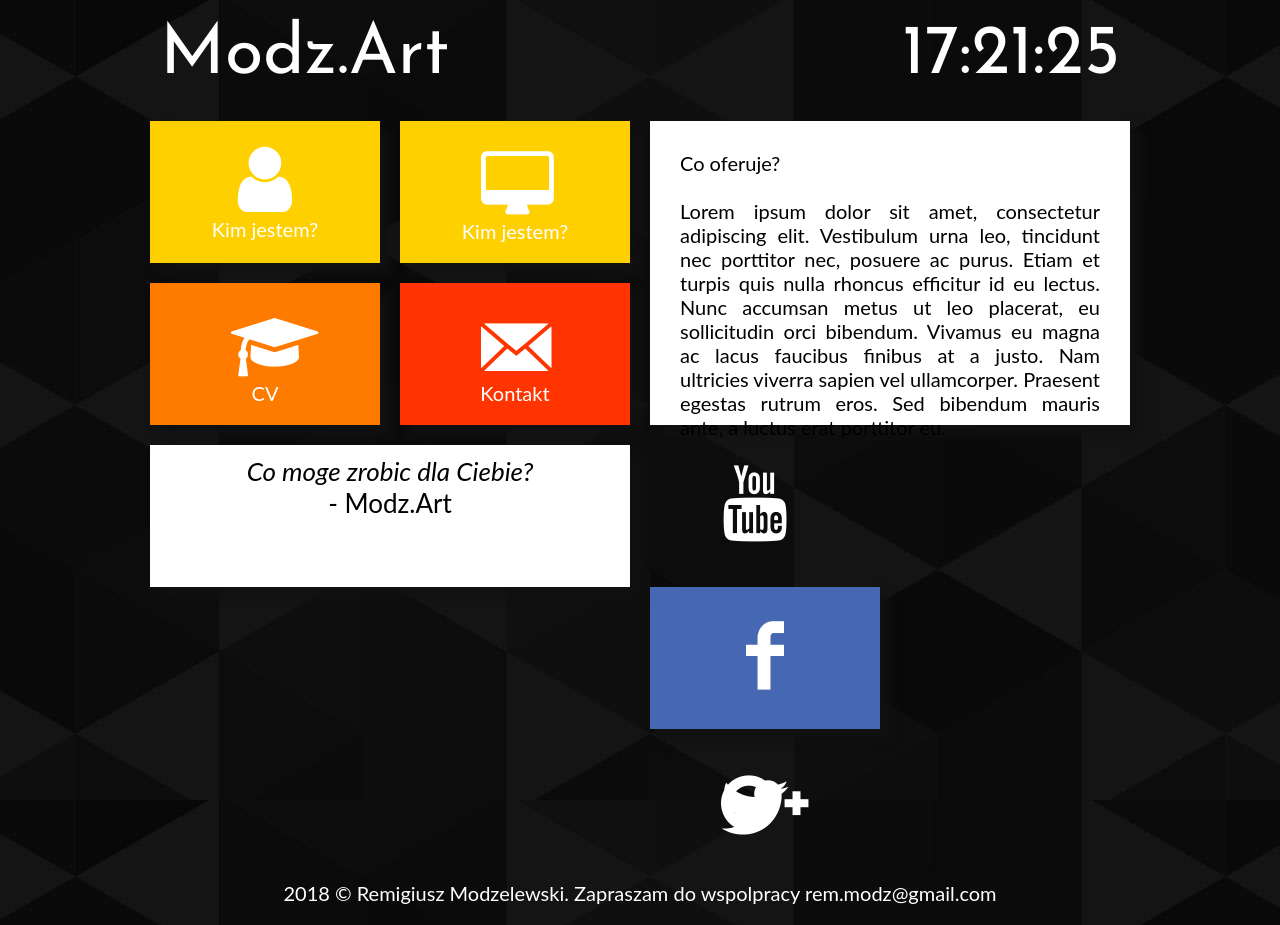
Repository: RemModz/Portfolio
Page: cooferuje.html
An editor plug-in stored every save of this project. The page is shown before and after the next save, followed by the edit.
The browser window is 1280 px wide. The pictures show the whole page.

Above is the page before, as saved 2018-11-14 14:29:44.

### cooferuje.html
<!DOCTYPE html>
<html lang="en">
<head>
    <meta charset="UTF-8">
    <meta name="viewport" content="width=device-width, initial-scale=1.0">
    <meta http-equiv="X-UA-Compatible" content="ie=edge">
    <title>ModzArt - Portfolio</title>
    <meta name='description' content="Portfolio z tworczoscia Remka Modzelewskiego"/>
    <meta name='keywords' content="webdesign, webgraphics, drawing and vector art"/>

    <link rel="stylesheet" href="style.css" type="text/css"/>
    <link rel="stylesheet" href="/fontello/css/fontello.css" type="text/css"/>
    <link href="https://fonts.googleapis.com/css?family=Josefin+Sans&amp;subset=latin-ext" rel="stylesheet">
    <script src="timer.js"></script>
</head>
<body onload="odliczanie();"></body>
    <div id="container">

        <div class="rectangle">
                <div id="logo">
                    <a href="index.html" class="tilelinkhtml5">Modz.Art</a></div>
            <div id="zegar"></div>
            <div style="clear:both;"></div>
        </div>

        <div class="square">
            <div class="tile1">
                <a href="kimjestem.html" class="tilelink"> <i class="icon-user"></i><br/>Kim jestem? </a>
            </div>
            <div class="tile1">
                <a href="cooferuje.html" class="tilelink"> <i class="icon-desktop"></i><br/>Kim jestem? </a>
                       </div>
            <div style="clear:both;"></div>

            <div class="tile2">
                    <a href="cv.html" class="tilelink"> <i class="icon-graduation-cap"></i><br />CV </a>
                </div>
            <div class="tile3">
                    <a href="kontakt.html" class="tilelink"> <i class="icon-email"></i><br />Kontakt </a>
            </div>
            <div style="clear:both;"></div>

            <div class="tile4"><i>Co moge zrobic dla Ciebie? </i><br /> - Modz.Art</div>
        </div>

        <div class="square">
            <div class="tile5">Co oferuje? <br /> <br />Lorem ipsum dolor sit amet, consectetur adipiscing elit. Vestibulum urna leo, tincidunt nec porttitor nec, posuere ac purus. Etiam et turpis quis nulla rhoncus efficitur id eu lectus. Nunc accumsan metus ut leo placerat, eu sollicitudin orci bibendum. Vivamus eu magna ac lacus faucibus finibus at a justo. Nam ultricies viverra sapien vel ullamcorper. Praesent egestas rutrum eros. Sed bibendum mauris ante, a luctus erat porttitor eu. </div>
            <div class="yt">
                    <a href="http://www.youtube.com" target="_blank" class="sociallink"><i class="icon-youtube"></i></a></div>
            <div class="fb">
                    <a href="http://www.facebook.com/R.ModzArt" target="_blank" class="sociallink"> <i class="icon-facebook"></i></a></div>
            <div class="gplus">
                    <a href="http://www.plus.google.com" target="_blank" class="sociallink"><i class="icon-gplus"></i></a></div>
            <div class="tw">
                    <a href="http://www.tweeter.com" target="_blank" class="sociallink"><i class="icon-twitter"></i></a></div>
            <div style="clear:both;"></div>



        </div>

        <div style="clear:both;"></div>

        <div class="rectangle"> 2018 &copy; </i> Remigiusz Modzelewski. Zapraszam do wspolpracy rem.modz@gmail.com </div>
    </div>
</body>
</html>

### style.css
body {
    background-color: #303030;
    color: #ffffff;
    font-family: 'Lato', sans-serif;
    font-size: 20px;
    background-image: url(background.jpg);
}

#container {
    width: 1000px;
    margin-left: auto;
    margin-right: auto;
}

.rectangle {
    width: 960PX;
    margin: 20pX;
    text-align: center;
}


.square {
    width: 50%;
    float: left;
    color: black;
    text-align: center
}

#logo {
    float: left;
    font-family: 'Josefin Sans', sans-serif;
    font-size: 70px;
    width: 600;
    text-align: left;
}



#zegar {
    float: right;
    font-family: 'Josefin Sans', sans-serif;
    font-size: 70px;
    text-align: center;
}
.tile1 {
    margin: 10px;
    width: 230px;
    height: 142px;
    background-color: #ffd000;
    float: left;
    text-align: center;
    box-shadow: #111111 10px 10px 10px;
}

.tile1:hover {
background-color: #eec200b6;
}

.tile2 {
    margin: 10px;
    width: 230px;
    height: 142px;
    background-color:  #ff7b00;
    float: left;
    text-align: center;
    box-shadow: #111111 10px 10px 10px;
}

.tile2:hover {
    background-color: #f17501a4;
    }

.tile3 {
    margin: 10px;
    width: 230px;
    height: 142px;
    background-color: #ff3401;
    float: left;
    text-align: center;
    box-shadow: #111111 10px 10px 10px;
}
.tile3:hover {
    background-color:  #e72e009c;
    }

.tile4 {
    margin: 10px;
    width: 460px;
    height: 122px;
    padding: 10px;
    background-color: #ffffff;
    text-align: center;
    font-size: 26px;
    font: black;
    text-align: center;
    float: left;
    box-shadow: #111111 10px 10px 10px;

}

.tile4:hover {
    background-color: #ffffff;
    }

.tile5 {
    margin: 10px;
    width: 420px;
    height: 244px;
    background-color: #ffffff;
    text-align: justify;
    padding: 30px;
    box-shadow: #111111 10px 10px 10px;
}


.fb {
    margin: 10px;
    width: 230px;
    height: 142px;
    background-color: #4668b3;
    float: left;
    box-shadow: #111111 10px 10px 10px;
    text-align: center;

}
.fb:hover {
    background-color: #3557a2a6;
    }

.cupsell {
    margin: 10px;
    width: 230px;
    height: 102px;
    padding-top: 40px;
    background-color: #ffffff;
    float: left;
    box-shadow: #111111 10px 10px 10px;
    text-align: center;

    }

.cupsell:hover {
    background-color: #eeeeee88;
        }

.tilelink {

    color: #ffffff;
    text-decoration: none;
    display: block;
    width: 230px;
    height: 142px;

}

.tilelinkhtml5 {

    color: #ffffff;
    text-decoration: none;
    display: block;

}

.sociallink {

    color: #ffffff;
    text-decoration: none;
    display: block;
    width: 230px;
    height: 142px;
    margin-top: 20;

}

### fontello/css/fontello.css
@font-face {
  font-family: 'fontello';
  src: url('../font/fontello.eot?17037671');
  src: url('../font/fontello.eot?17037671#iefix') format('embedded-opentype'),
       url('../font/fontello.woff2?17037671') format('woff2'),
       url('../font/fontello.woff?17037671') format('woff'),
       url('../font/fontello.ttf?17037671') format('truetype'),
       url('../font/fontello.svg?17037671#fontello') format('svg');
  font-weight: normal;
  font-style: normal;
}
/* Chrome hack: SVG is rendered more smooth in Windozze. 100% magic, uncomment if you need it. */
/* Note, that will break hinting! In other OS-es font will be not as sharp as it could be */
/*
@media screen and (-webkit-min-device-pixel-ratio:0) {
  @font-face {
    font-family: 'fontello';
    src: url('../font/fontello.svg?17037671#fontello') format('svg');
  }
}
*/

 [class^="icon-"]:before, [class*=" icon-"]:before {
  font-family: "fontello";
  font-style: normal;
  font-weight: normal;
  speak: none;

  display: inline-block;
  text-decoration: inherit;
  width: 1em;
  margin-right: .2em;
  text-align: center;
  /* opacity: .8; */

  /* For safety - reset parent styles, that can break glyph codes*/
  font-variant: normal;
  text-transform: none;

  /* fix buttons height, for twitter bootstrap */
  line-height: 1em;

  /* Animation center compensation - margins should be symmetric */
  /* remove if not needed */
  margin-left: .2em;

  /* you can be more comfortable with increased icons size */
  /* font-size: 120%; */

  /* Font smoothing. That was taken from TWBS */
  -webkit-font-smoothing: antialiased;
  -moz-osx-font-smoothing: grayscale;

  /* Uncomment for 3D effect */
  /* text-shadow: 1px 1px 1px rgba(127, 127, 127, 0.3); */
}

.icon-user:before { content: '\e800'; font-size: 76px; margin-top: 20px;} /* '' */
.icon-email:before { content: '\e801'; font-size: 68px; margin-top: 30px; } /* '' */
.icon-gmail:before { content: '\e802'; font-size: 68px; margin-top: 30px; } /* '' */
.icon-twitter:before { content: '\f099'; font-size: 76px; margin-top: 30px; } /* '' */
.icon-gplus:before { content: '\f0d5'; font-size: 68px; margin-top: 30px;} /* '' */
.icon-desktop:before { content: '\f108'; font-size: 68px; margin-top: 30px;} /* '' */
.icon-youtube:before { content: '\f167'; font-size: 76px; margin-top: 30px;} /* '' */
.icon-graduation-cap:before { content: '\f19d'; font-size: 68px; margin-top: 30px;} /* '' */
.icon-facebook:before { content: '\f30c'; font-size: 76px; margin-top: 30px;} /* '' */

### timer.js
function odliczanie()
	{
		var dzisiaj = new Date();


		var godzina = dzisiaj.getHours();
		if (godzina<10) godzina = "0"+godzina;

		var minuta = dzisiaj.getMinutes();
		if (minuta<10) minuta = "0"+minuta;

		var sekunda = dzisiaj.getSeconds();
		if (sekunda<10) sekunda = "0"+sekunda;

		document.getElementById("zegar").innerHTML = +godzina+":"+minuta+":"+sekunda;

		 setTimeout("odliczanie()",1000);
	}

### modzartlogo.svg
<?xml version="1.0" encoding="UTF-8" standalone="no"?>
<!-- Created with Inkscape (http://www.inkscape.org/) -->

<svg
   xmlns:dc="http://purl.org/dc/elements/1.1/"
   xmlns:cc="http://creativecommons.org/ns#"
   xmlns:rdf="http://www.w3.org/1999/02/22-rdf-syntax-ns#"
   xmlns:svg="http://www.w3.org/2000/svg"
   xmlns="http://www.w3.org/2000/svg"
   xmlns:xlink="http://www.w3.org/1999/xlink"
   xmlns:sodipodi="http://sodipodi.sourceforge.net/DTD/sodipodi-0.dtd"
   xmlns:inkscape="http://www.inkscape.org/namespaces/inkscape"
   width="120"
   height="120"
   viewBox="0 0 79.639582 79.639586"
   version="1.1"
   id="svg3759"
   inkscape:version="0.92.3 (2405546, 2018-03-11)"
   sodipodi:docname="modzartlogo.svg">
  <defs
     id="defs3753" />
  <sodipodi:namedview
     id="base"
     pagecolor="#ffffff"
     bordercolor="#666666"
     borderopacity="1.0"
     inkscape:pageopacity="0.0"
     inkscape:pageshadow="2"
     inkscape:zoom="0.35"
     inkscape:cx="400"
     inkscape:cy="560"
     inkscape:document-units="px"
     inkscape:current-layer="layer1"
     showgrid="false"
     units="px"
     inkscape:window-width="1853"
     inkscape:window-height="895"
     inkscape:window-x="67"
     inkscape:window-y="27"
     inkscape:window-maximized="1" />
  <metadata
     id="metadata3756">
    <rdf:RDF>
      <cc:Work
         rdf:about="">
        <dc:format>image/svg+xml</dc:format>
        <dc:type
           rdf:resource="http://purl.org/dc/dcmitype/StillImage" />
        <dc:title></dc:title>
      </cc:Work>
    </rdf:RDF>
  </metadata>
  <g
     inkscape:label="Layer 1"
     inkscape:groupmode="layer"
     id="layer1"
     transform="translate(0,-217.3604)">
    <image
       width="75.551514"
       height="75.551514"
       preserveAspectRatio="none"
       xlink:href="data:[embedded picture, 42194 characters]"
       id="image10"
       x="1.9873376"
       y="220.14146" />
  </g>
</svg>

After the next save:
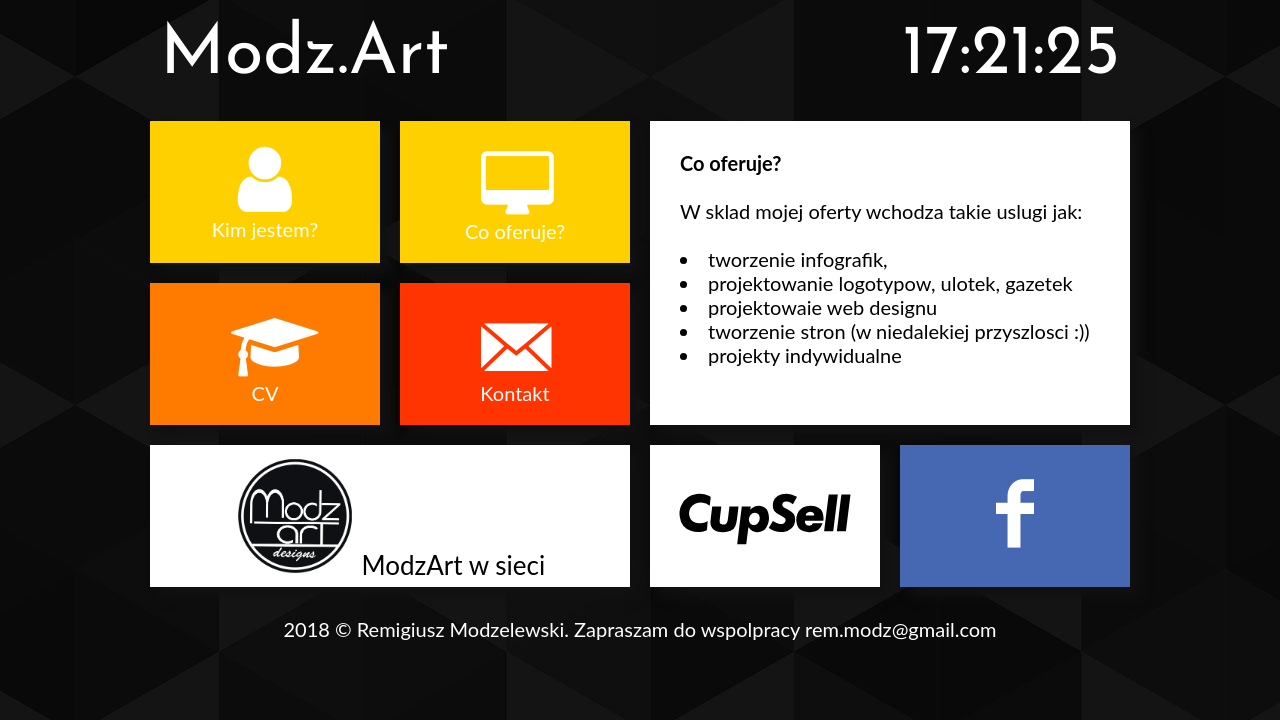
Saved 44 min 22 s later.
--- a/cooferuje.html
+++ b/cooferuje.html
@@ -18,6 +18,7 @@
 
         <div class="rectangle">
                 <div id="logo">
+
                     <a href="index.html" class="tilelinkhtml5">Modz.Art</a></div>
             <div id="zegar"></div>
             <div style="clear:both;"></div>
@@ -28,7 +29,7 @@
                 <a href="kimjestem.html" class="tilelink"> <i class="icon-user"></i><br/>Kim jestem? </a>
             </div>
             <div class="tile1">
-                <a href="cooferuje.html" class="tilelink"> <i class="icon-desktop"></i><br/>Kim jestem? </a>
+                <a href="cooferuje.html" class="tilelink"> <i class="icon-desktop"></i><br/>Co oferuje? </a>
                        </div>
             <div style="clear:both;"></div>
 
@@ -40,19 +41,24 @@
             </div>
             <div style="clear:both;"></div>
 
-            <div class="tile4"><i>Co moge zrobic dla Ciebie? </i><br /> - Modz.Art</div>
+            <div class="tile4"><img src="modzartlogo.svg" alt="ModzArt Logo"> ModzArt w sieci</div>
+            <div style="clear:both;"></div>
         </div>
 
         <div class="square">
-            <div class="tile5">Co oferuje? <br /> <br />Lorem ipsum dolor sit amet, consectetur adipiscing elit. Vestibulum urna leo, tincidunt nec porttitor nec, posuere ac purus. Etiam et turpis quis nulla rhoncus efficitur id eu lectus. Nunc accumsan metus ut leo placerat, eu sollicitudin orci bibendum. Vivamus eu magna ac lacus faucibus finibus at a justo. Nam ultricies viverra sapien vel ullamcorper. Praesent egestas rutrum eros. Sed bibendum mauris ante, a luctus erat porttitor eu. </div>
-            <div class="yt">
-                    <a href="http://www.youtube.com" target="_blank" class="sociallink"><i class="icon-youtube"></i></a></div>
-            <div class="fb">
+            <div class="tile5"> <b>Co oferuje?</b> <br /> <br /> W sklad mojej oferty wchodza takie uslugi jak: <br /><br />
+                <li> tworzenie infografik,
+                 <li> projektowanie logotypow, ulotek, gazetek
+                 <li> projektowaie web designu
+                 <li> tworzenie stron (w niedalekiej przyszlosci :))
+                <li> projekty indywidualne
+                </div>
+
+            <div class="cupsell">
+                    <a href="http://www.modzart.cupsell.pl" target="_blank" class="sociallink"><img src="cupsell.svg" alt="CupSell"></a></div>
+
+                    <div class="fb">
                     <a href="http://www.facebook.com/R.ModzArt" target="_blank" class="sociallink"> <i class="icon-facebook"></i></a></div>
-            <div class="gplus">
-                    <a href="http://www.plus.google.com" target="_blank" class="sociallink"><i class="icon-gplus"></i></a></div>
-            <div class="tw">
-                    <a href="http://www.tweeter.com" target="_blank" class="sociallink"><i class="icon-twitter"></i></a></div>
             <div style="clear:both;"></div>
 
 
@@ -61,7 +67,7 @@
 
         <div style="clear:both;"></div>
 
-        <div class="rectangle"> 2018 &copy; </i> Remigiusz Modzelewski. Zapraszam do wspolpracy rem.modz@gmail.com </div>
+        <div class="rectangle"> 2018 &copy;  Remigiusz Modzelewski. Zapraszam do wspolpracy rem.modz@gmail.com </div>
     </div>
 </body>
 </html>
